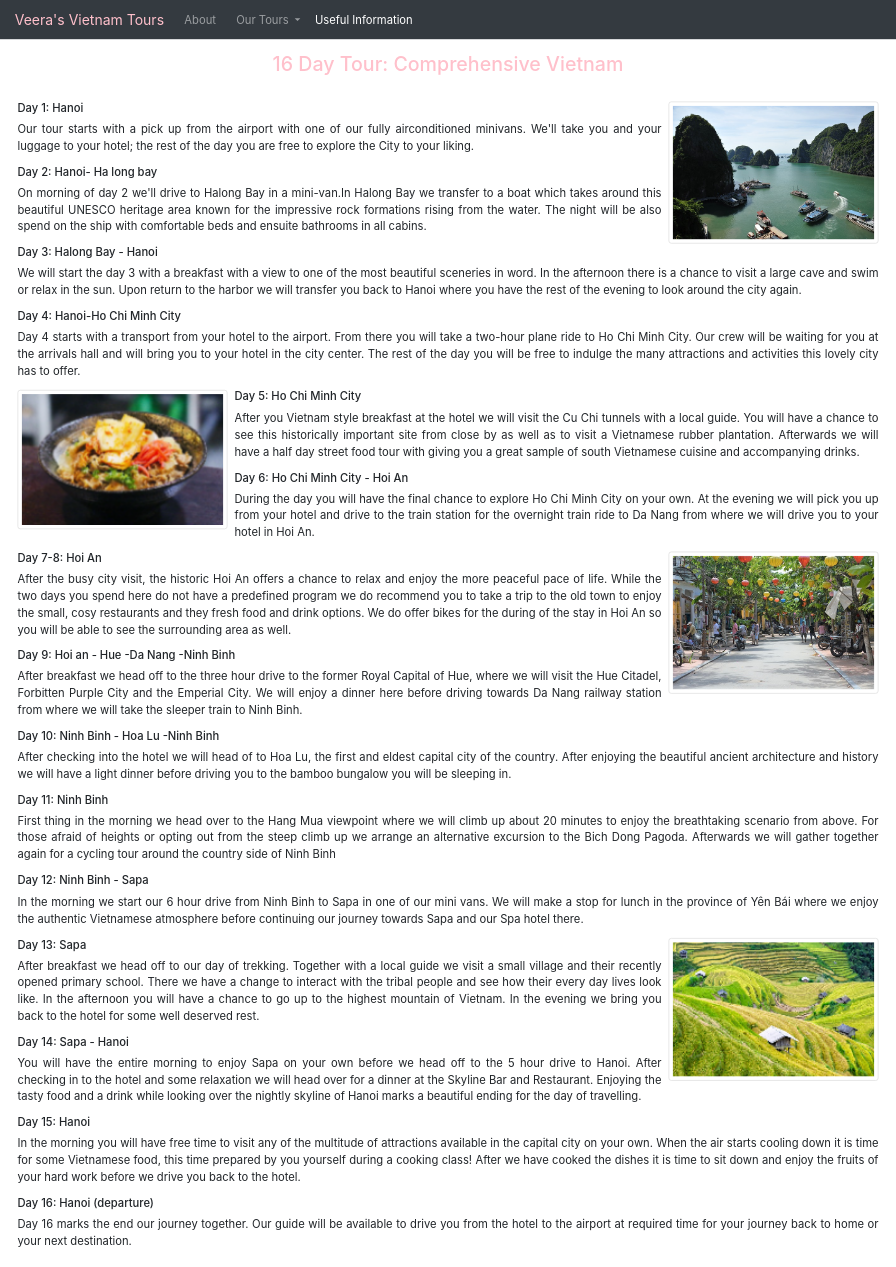
Repository: VAhola/VietnamTour
Page: 16d.html
The author's editor kept a record of every edit. The page is drawn from the files as they stood at one moment, then again after the next edit.
The browser window is 1280 px wide. The pictures show the whole page, at 70% of full size.

Above is the page before.

After the next edit:
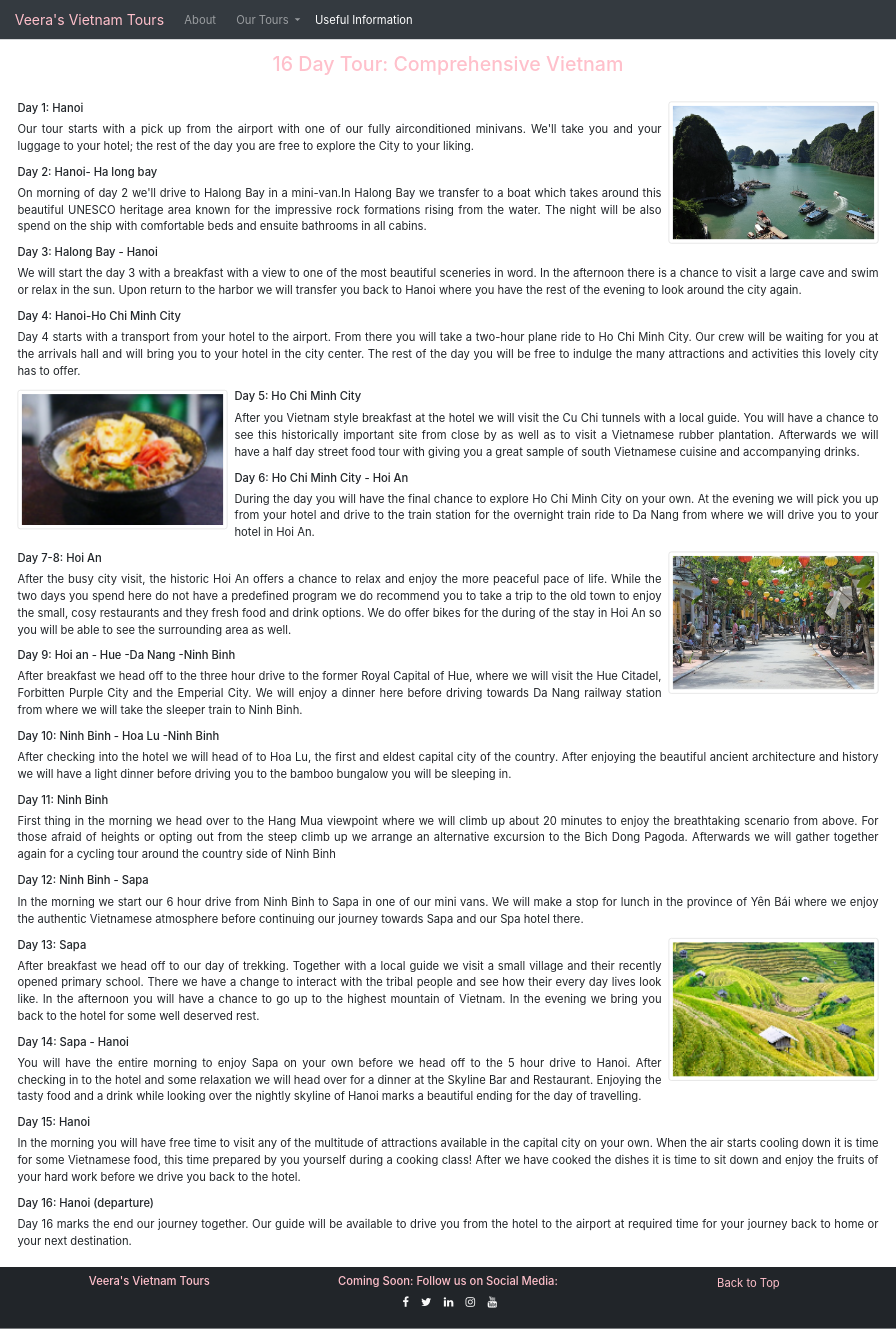
The edit:
--- a/16d.html
+++ b/16d.html
@@ -97,6 +97,51 @@
 
  <!-- /.Itenary -->
 
+ <footer class="container-fluid site">
+        <div id="footer-details" class="row">
+            <div class="col-sm-4 center">
+                 <h6>Veera's Vietnam Tours</h6>
+            </div>
+            <div class="col-sm-4 center">
+                <h6 class="inline-block center">Coming Soon: Follow us on Social Media:</h6>
+                <ul class="list-inline center">
+                    <li class="list-inline-item">
+                        <a target="_blank" href="#">
+                            <i class="fa fa-facebook" aria-hidden="true"></i>
+                            <span class="sr-only">Facebook</span>
+                        </a>
+                    </li>
+                    <li class="list-inline-item">
+                        <a target="_blank" href="#">
+                            <i class="fa fa-twitter" aria-hidden="true"></i>
+                            <span class="sr-only">Twitter</span>
+                        </a>
+                    </li>
+                    <li class="list-inline-item">
+                        <a target="_blank" href="#">
+                            <i class="fa fa-linkedin" aria-hidden="true"></i>
+                            <span class="sr-only">LinkedIn</span>
+                        </a>
+                    </li>
+                    <li class="list-inline-item">
+                        <a target="_blank" href="#">
+                            <i class="fa fa-instagram" aria-hidden="true"></i>
+                            <span class="sr-only">Instagram</span>
+                        </a>
+                    </li>
+                    <li class="list-inline-item">
+                        <a target="_blank" href="#">
+                            <i class="fa fa-youtube" aria-hidden="true"></i>
+                            <span class="sr-only">YouTube</span>
+                        </a>
+                    </li>
+                </ul>
+            </div>
+           <div class="col-sm-4 center">
+                <a href="#top" style="color:pink">Back to Top</a>
+            </div>
+        </div>
+ </footer>
 
     <script src="https://code.jquery.com/jquery-3.3.1.slim.min.js" integrity="sha384-q8i/X+965DzO0rT7abK41JStQIAqVgRVzpbzo5smXKp4YfRvH+8abtTE1Pi6jizo" crossorigin="anonymous"></script>
     <script src="https://cdnjs.cloudflare.com/ajax/libs/popper.js/1.14.3/umd/popper.min.js" integrity="sha384-ZMP7rVo3mIykV+2+9J3UJ46jBk0WLaUAdn689aCwoqbBJiSnjAK/l8WvCWPIPm49" crossorigin="anonymous"></script>
